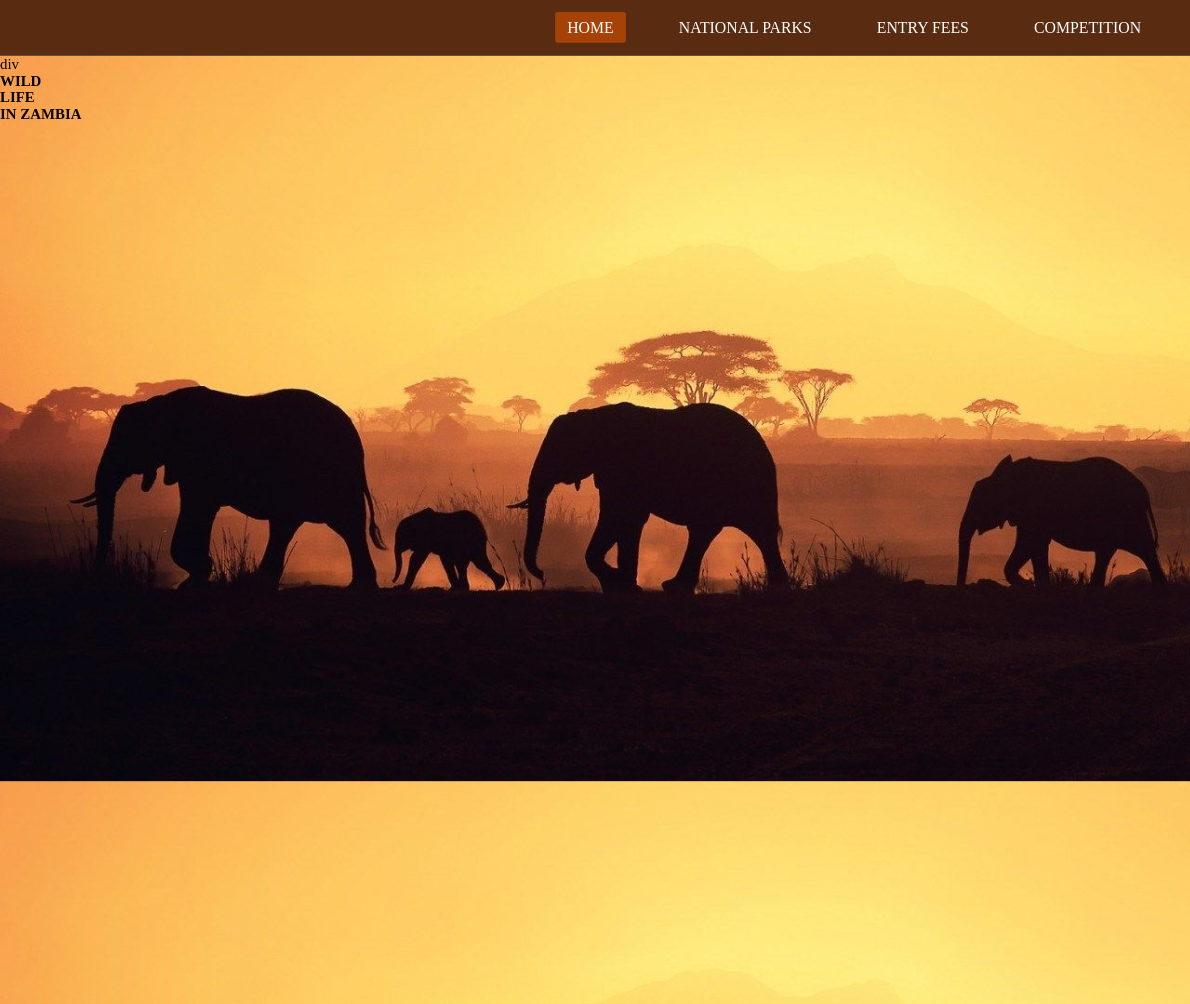
Repository: Lungdjos/web_assignment_3rd_yr
Page: home/index.html
An editor plug-in stored every save of this project. The page is shown before and after the next save, followed by the edit.
The browser window is 1280 px wide. The pictures show the whole page, at 93% of full size.
Some web libraries are served in a nearby version.

Above is the page before, as saved 2021-06-18 15:07:25.

### home/index.html
<!DOCTYPE html>
<html lang="en">

<head>
    <meta charset="UTF-8">
    <meta http-equiv="X-UA-Compatible" content="IE=edge">
    <meta name="viewport" content="width=device-width, initial-scale=1.0">
    <link rel="stylesheet" href="index.css">


    <title>Home</title>
    <script src="https://kit.fontawesome.com/a076d05399.js"></script>
</head>

<body>
    <nav>
        <input type="checkbox" id="check">
        <label for="check" class="checkbtn">
            <i class="fas fa-bars"></i>
        </label>
        <label class="logo">  </label>

        <ul>
            <li><a class="active" href="#">Home</a></li>
            <li><a class="dropdown" href="#">National Parks</a>
                <ul class="drop">
                    <li>
                        <a href="/national parks/lower_zambezi/Lower_Zambezi.html">Lower Zambezi</a>
                    </li>
                    <li>
                        <a href="/national parks/mosi-oa-tunia/Mosi-oa-Tunya.html">Mosi oa Tunia</a>
                    </li>
                    <li>
                        <a href="/national parks/south_luangwa/South_Luangwa.html">South Luangwa</a>
                    </li>
                    <li>
                        <a href="/national parks/north_luangwa/North_Luangwa.html">North Luangwa</a>
                    </li>
                </ul>
            </li>
            <li><a href="/entry fee/entry_fee.html">Entry Fees</a></li>
            <li><a href="/competition/competition.html">Competition</a></li>

        </ul>
    </nav>
    <section>
        div
        <p class="welcome">
            <strong id="01">WILD</strong><br>
            <strong id="02">LIFE</strong><br>
            <strong id="03">IN ZAMBIA</strong>
        </p>
    </section>

</body>

</html>

### home/index.css
    * {
        padding: 0;
        margin: 0;
        text-decoration: none;
        box-sizing: border-box;
    }

    body {
        font-family: montserrat;
    }

    nav {
        background: #592C12;
        height: 60px;
        width: 100%;
    }

    label.logo {
        color: white;
        font-size: 35;
        line-height: 60px;
        padding: 0 100px;
        font-weight: bold;
    }

    nav ul {
        float: right;
        margin-right: 20px;
    }

    nav ul li {
        display: inline-block;
        line-height: 60px;
        margin: 0 20px;
    }

    nav ul li a {
        color: white;
        font-size: 17px;
        padding: 7px 13px;
        border-radius: 3px;
        text-transform: uppercase;
    }

    a.active,
    a:hover {
        background: #A64208;
        transition: 0.5s;
    }

    .checkbtn {
        font-size: 30px;
        color: white;
        float: right;
        line-height: 60px;
        margin-right: 40px;
        cursor: pointer;
        display: none;
    }

    #check {
        display: none;
    }

    @media (max-width: 1080px) {
        label.logo {
            font-size: 30px;
            padding-left: 50px;
        }
        nav ul li a {
            font-size: 16px;
        }
    }

    @media (max-width: 1080px) {
        .checkbtn {
            display: block;
        }
        ul {
            position: fixed;
            width: 100%;
            height: 100vh;
            background: #592C12;
            top: 80px;
            left: -100%;
            text-align: center;
            transition: all 0.5s;
        }
        nav ul li {
            display: block;
            margin: 50px 0;
            line-height: 20px;
        }
        nav ul li a {
            font-size: 20px;
            font-family: Arial, Helvetica, sans-serif;
        }
        a:hover,
        a.active {
            background: none;
            color: #F2D1B3;
        }
        #check:checked~ul {
            left: 0;
        }
    }

    section {
        background: url(/assets/images/elephants.jpg);
        background-size: no repeat;
        height: calc(150vh - 60px);
    }
    /**New Content Added*/

    nav ul li ul a {
        display: block;
        padding: 0 15px;
        color: white;
        text-decoration: none;
    }

    nav ul li:hover>ul {
        display: block;
    }

    nav ul ul {
        position: absolute;
        top: 30px;
        list-style-type: none;
        line-height: 60px;
    }

    nav ul ul li {
        display: none;
    }

    nav ul ul a {
        width: 100%;
        float: none;
        display: list-item;
        position: relative;
    }

    nav ul ul li a {
        display: list-item;
        list-style-type: none;
        position: inherit;
    }
    /**Wild Life Formatting*/

    strong#01 {
        font-size: 100px;
        font-family: Arial, Helvetica, sans-serif;
    }

    strong#02 {
        margin-left: 100px;
    }

After the next save:
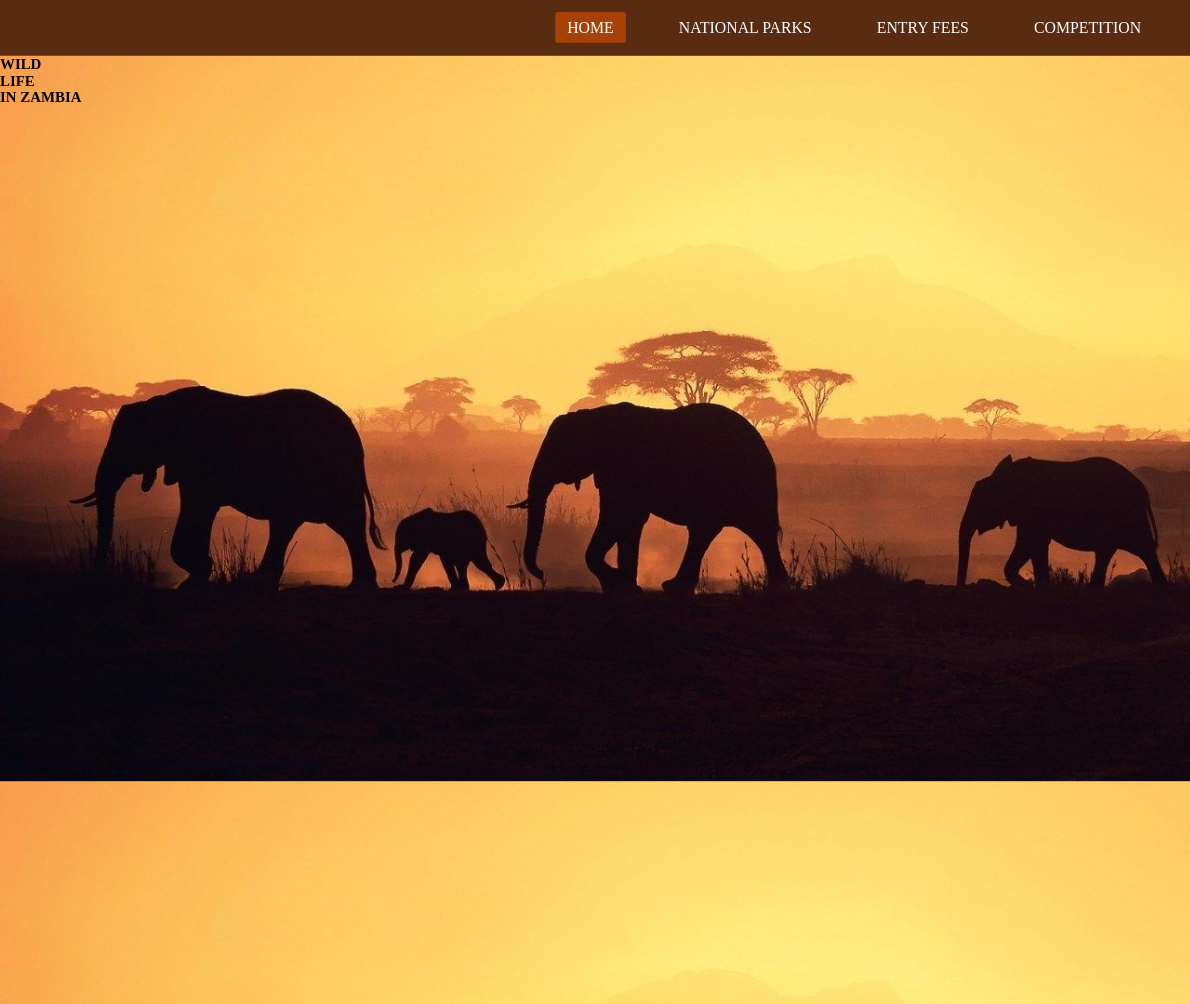
Saved 4 s later.
--- a/home/index.html
+++ b/home/index.html
@@ -44,7 +44,9 @@
         </ul>
     </nav>
     <section>
-        div
+        <div>
+
+        </div>
         <p class="welcome">
             <strong id="01">WILD</strong><br>
             <strong id="02">LIFE</strong><br>
